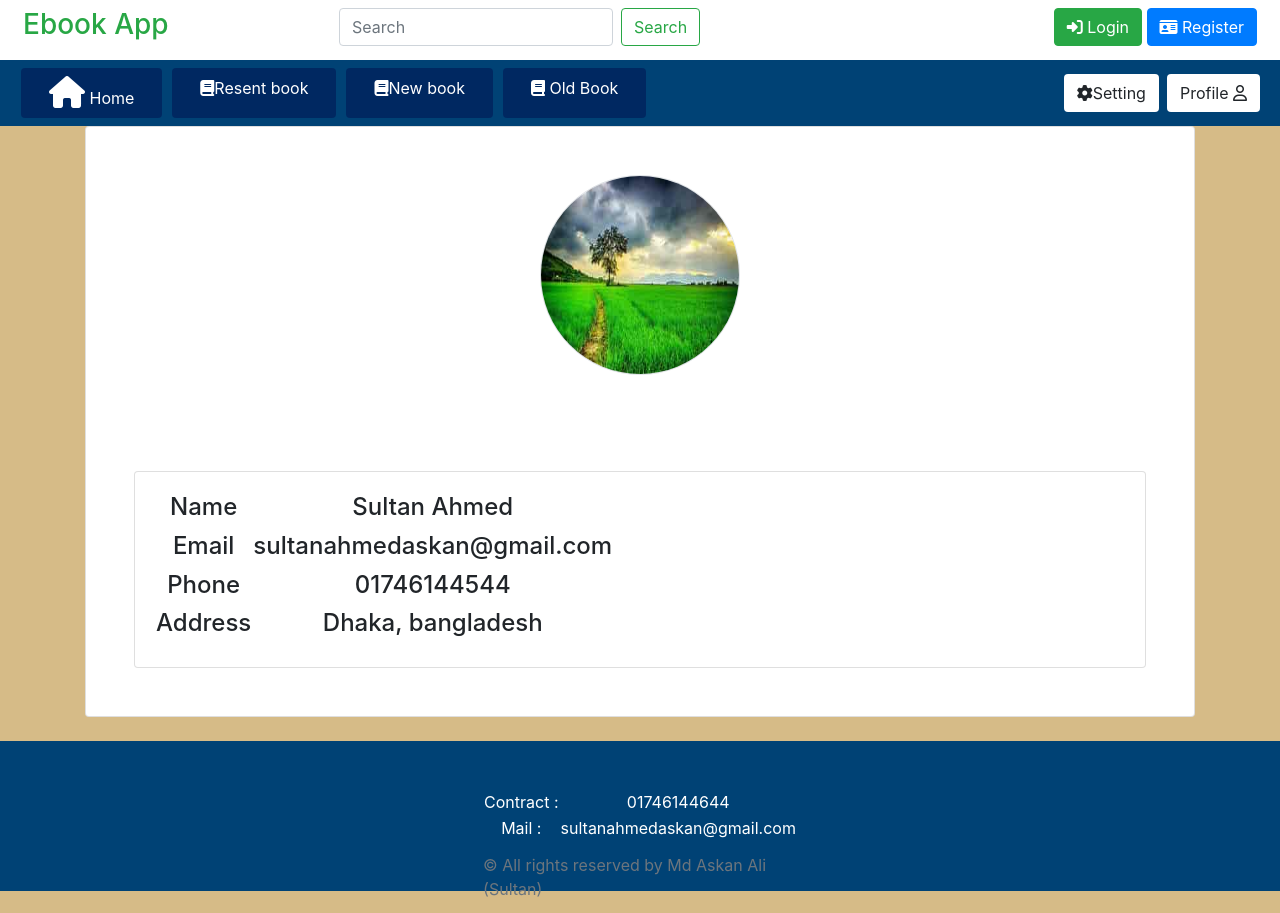
Repository: sultanaskan/EbookApp
Page: http://localhost/ebook/profile.jsp
An editor plug-in stored every save of this project. The page is shown before and after the next save, followed by the edit.
The browser window is 1280 px wide. The pictures show the whole page.
The page is served by Tomcat 9.

Above is the page before, as saved 2024-05-06 08:11:09.

After the next save:
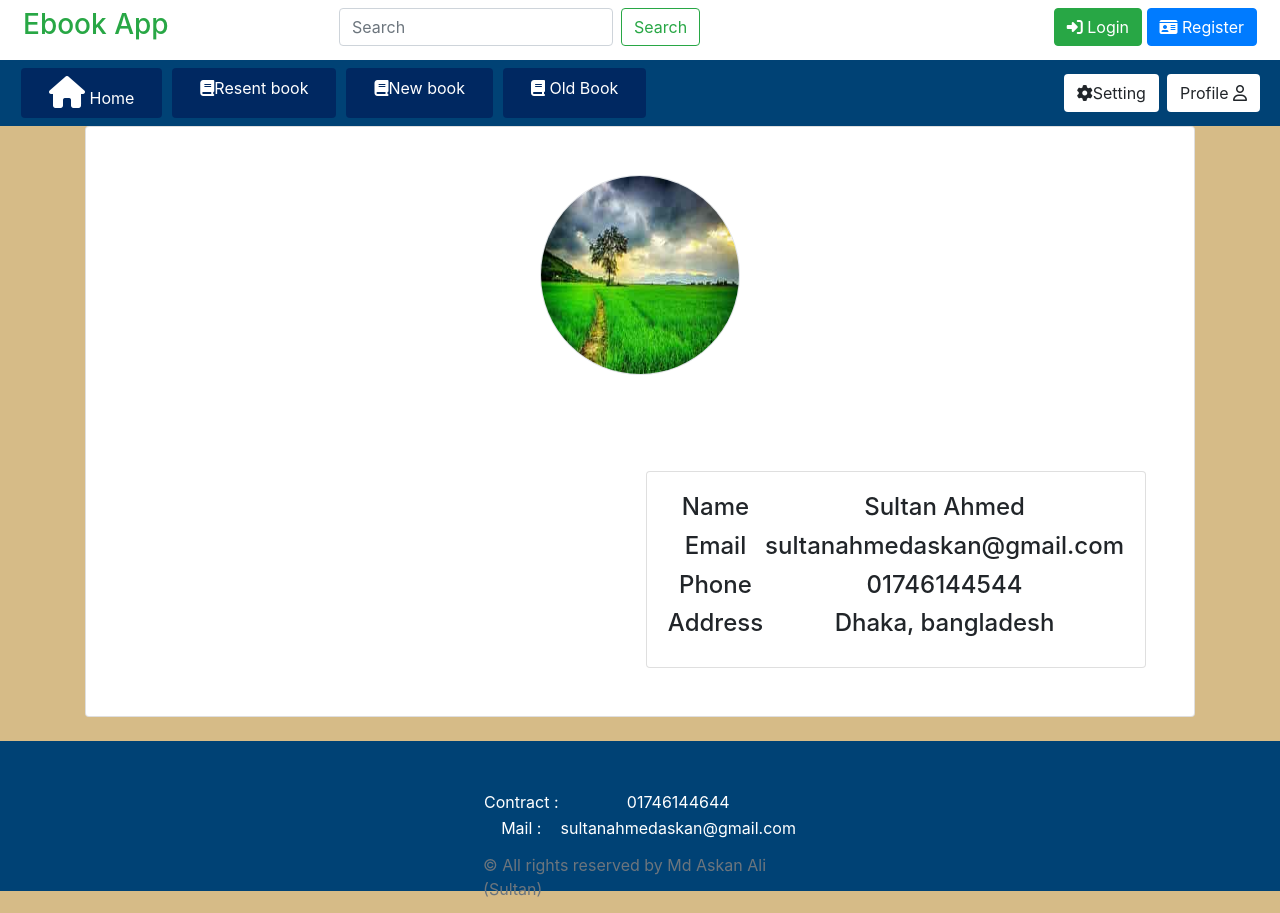
Saved 20 s later.
--- a/ebook/src/main/webapp/profile.jsp
+++ b/ebook/src/main/webapp/profile.jsp
@@ -34,7 +34,7 @@
 			<div
 				class="text-center  p-5 justify-content-center align-item-center">
 
-				<div class="card text-enter">
+				<div class="card text-enter float-right">
 					<div class="card-body col-6">
 						<table class="p-5">
 							<tr>
